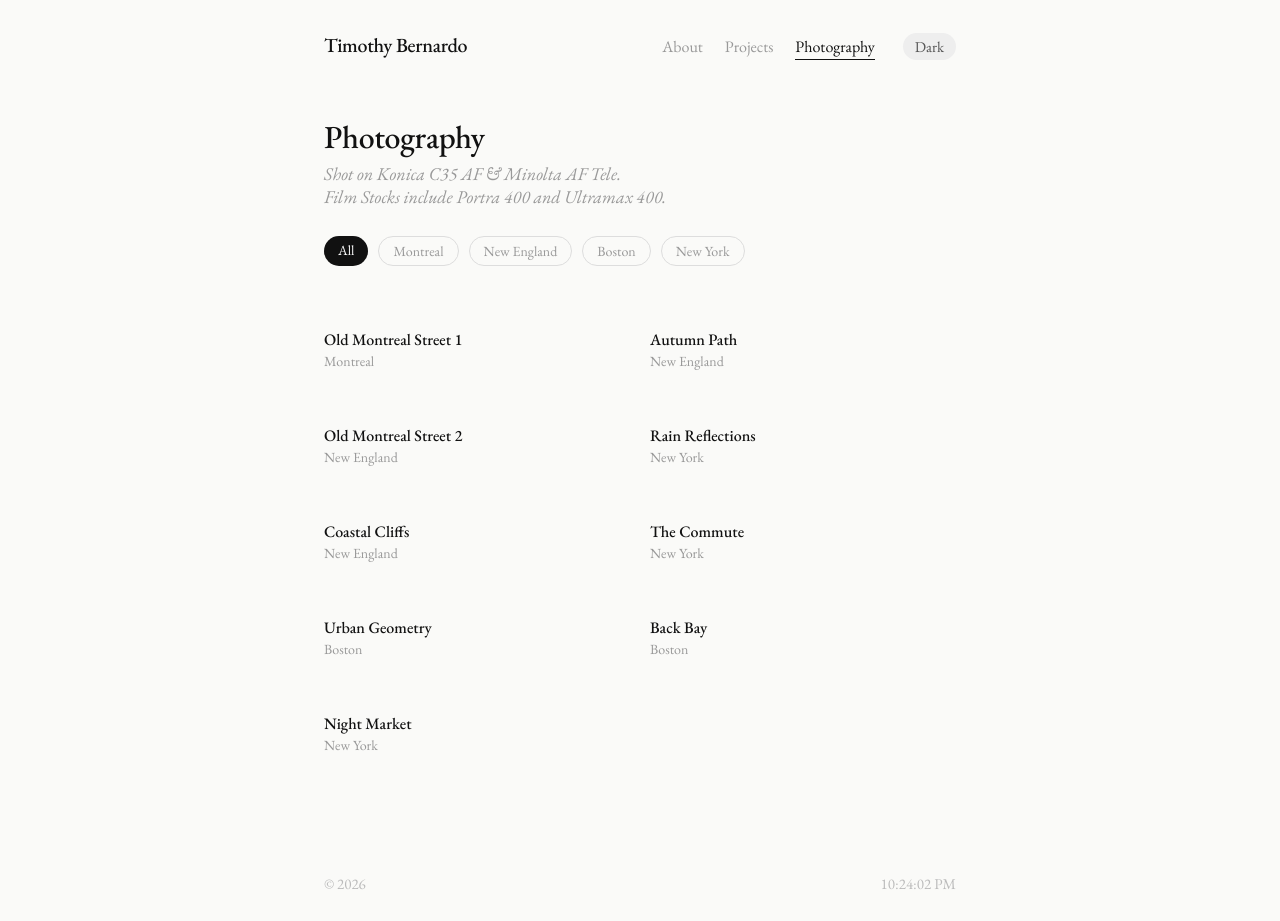
Repository: timothybernardo/portfolio
Page: /photography
The author's editor kept a copy of each file at every save. The page is drawn from the files as they stood at one save, then again after the next save.
The browser window is 1280 px wide. The pictures show the whole page.
The project was rebuilt for these pictures with package versions that can differ from the ones it lists, and the page was loaded fresh each time. Also part of the build but not shown: src/pages/Home.jsx, src/data/experience.js, src/pages/About.jsx, src/data/projects.js, src/pages/Projects.jsx.

Above is the page before, as saved 2026-03-08 00:18:41.

### public/index.html
<!DOCTYPE html>
<html lang="en">
<head>
  <meta charset="UTF-8" />
  <meta name="viewport" content="width=device-width, initial-scale=1.0" />
  <title>Timothy Bernardo</title>
  <link href="https://fonts.googleapis.com/css2?family=EB+Garamond:ital,wght@0,400;0,500;0,600;0,700;1,400&display=swap" rel="stylesheet" />
</head>
<body>
  <div id="root"></div>
</body>
</html>

### src/index.js
import React from "react";
import ReactDOM from "react-dom/client";
import { BrowserRouter } from "react-router-dom";
import App from "./App";
import "./index.css";

const root = ReactDOM.createRoot(document.getElementById("root"));
root.render(
  <React.StrictMode>
    <BrowserRouter>
      <App />
    </BrowserRouter>
  </React.StrictMode>
);

### src/App.jsx
import { useState } from "react";
import { Routes, Route } from "react-router-dom";
import { themes, serif } from "./theme";
import Header from "./components/Header";
import Footer from "./components/Footer";
import Home from "./pages/Home";
import About from "./pages/About";
import Projects from "./pages/Projects";
import Photography from "./pages/Photography";

export default function App() {
  const [dark, setDark] = useState(false);
const theme = dark ? themes.dark : themes.light;
document.documentElement.style.background = theme.bg;
document.body.style.background = theme.bg;

  return (
    <div
      style={{
        fontFamily: serif,
        color: theme.text,
        minHeight: "100vh",
        background: theme.bg,
        display: "flex",
        flexDirection: "column",
        transition: "background 0.3s, color 0.3s",
      }}
    >
      <Header theme={theme} isDark={dark} onToggle={() => setDark(!dark)} />

      <main style={{ maxWidth: 680, width: "100%", margin: "0 auto", padding: "0 24px 100px", flex: 1 }}>
        <Routes>
          <Route path="/" element={<Home theme={theme} />} />
          <Route path="/about" element={<About theme={theme} />} />
          <Route path="/projects" element={<Projects theme={theme} />} />
          <Route path="/photography" element={<Photography theme={theme} />} />
          <Route path="/photography/:id" element={<Photography theme={theme} />} />
        </Routes>
      </main>

      <Footer theme={theme} />
    </div>
  );
}

### src/index.css
* {
  margin: 0;
  padding: 0;
  box-sizing: border-box;
}

html {
  scroll-behavior: smooth;
  overflow-y: scroll;
}

html, body, #root {
  min-height: 100%;
  height: 100%;
  background: inherit;
}

body {
  -webkit-font-smoothing: antialiased;
  -moz-osx-font-smoothing: grayscale;
  overscroll-behavior: none;
}

img {
  will-change: opacity;
}

a {
  text-decoration: none;
  color: inherit;
}

### src/theme.js
export const serif = "'EB Garamond', Georgia, 'Times New Roman', serif";

export const themes = {
  light: {
    bg: "#fafaf8",
    text: "#111",
    sub: "#555",
    muted: "#999",
    faint: "#bbb",
    border: "#ece9e5",
    pill: "#111",
    pillT: "#fff",
    pillB: "#ddd",
    badge: "rgba(255,255,255,0.3)",
    toggle: "#eee",
    toggleTxt: "#555",
  },
  dark: {
    bg: "#131313",
    text: "#e4e0da",
    sub: "#a09a93",
    muted: "#6b665f",
    faint: "#4a4640",
    border: "#282624",
    pill: "#e4e0da",
    pillT: "#131313",
    pillB: "#383530",
    badge: "rgba(255,255,255,0.18)",
    toggle: "#282624",
    toggleTxt: "#a09a93",
  },
};

### src/components/Header.jsx
import { Link, useLocation } from "react-router-dom";
import { serif } from "../theme";

const links = [
  { path: "/about", label: "About" },
  { path: "/projects", label: "Projects" },
  { path: "/photography", label: "Photography" },
];

export default function Header({ theme, onToggle, isDark }) {
  const { pathname } = useLocation();

  return (
    <header
      style={{
        maxWidth: 680,
        width: "100%",
        margin: "0 auto",
        padding: "32px 24px 0",
        display: "flex",
        justifyContent: "space-between",
        alignItems: "baseline",
        fontFamily: serif,
      }}
    >
      <Link to="/" style={{ fontWeight: 500, fontSize: 20, letterSpacing: "-0.3px" }}>
        Timothy Bernardo
      </Link>

      <nav style={{ display: "flex", gap: 22, alignItems: "baseline" }}>
        {links.map(({ path, label }) => (
          <Link
            key={path}
            to={path}
            style={{
              fontSize: 16,
              color: pathname === path ? theme.text : theme.muted,
              paddingBottom: 2,
              borderBottom:
                pathname === path
                  ? `1.5px solid ${theme.text}`
                  : "1.5px solid transparent",
            }}
          >
            {label}
          </Link>
        ))}
        <span
          onClick={onToggle}
          style={{
            fontFamily: serif,
            fontSize: 15,
            cursor: "pointer",
            padding: "4px 12px",
            borderRadius: 14,
            background: theme.toggle,
            color: theme.toggleTxt,
            marginLeft: 6,
            userSelect: "none",
          }}
        >
          {isDark ? "Light" : "Dark"}
        </span>
      </nav>
    </header>
  );
}

### src/components/Footer.jsx
import Clock from "./Clock";
import { serif } from "../theme";

export default function Footer({ theme }) {
  return (
    <footer
      style={{
        maxWidth: 680,
        width: "100%",
        margin: "0 auto",
        padding: "20px 24px 28px",
        fontSize: 15,
        color: theme.faint,
        display: "flex",
        justifyContent: "space-between",
        alignItems: "center",
        fontFamily: serif,
      }}
    >
      <span>&copy; 2026</span>
      <Clock color={theme.faint} />
    </footer>
  );
}

### src/pages/Photography.jsx
import { useState } from "react";
import { useParams, useNavigate } from "react-router-dom";
import { serif } from "../theme";
import photos from "../data/photos";
import PhotoCard from "../components/PhotoCard";

const categories = ["All", ...new Set(photos.map((p) => p.cat))];

function Gallery({ theme }) {
  const [filter, setFilter] = useState("All");
  const filtered = filter === "All" ? photos : photos.filter((p) => p.cat === filter);

  return (
    <div style={{ marginTop: 56, fontFamily: serif }}>
      <h2 style={{ fontSize: 32, fontWeight: 500, letterSpacing: "-0.3px", marginBottom: 4 }}>
        Photography
      </h2>
      <p style={{ fontSize: 18, color: theme.muted, marginBottom: 0, fontStyle: "italic" }}>
        Shot on Konica C35 AF & Minolta AF Tele.
      </p>
      <p style={{ fontSize: 18, color: theme.muted, marginBottom: 28, fontStyle: "italic" }}>
         Film Stocks include Portra 400 and Ultramax 400.
      </p>
      <div style={{ display: "flex", gap: 10, marginBottom: 32, flexWrap: "wrap" }}>
        {categories.map((cat) => (
          <span
            key={cat}
            onClick={() => setFilter(cat)}
            style={{
              fontFamily: serif,
              fontSize: 14,
              cursor: "pointer",
              padding: "5px 14px",
              borderRadius: 20,
              background: filter === cat ? theme.pill : "transparent",
              color: filter === cat ? theme.pillT : theme.muted,
              border: filter === cat ? "none" : `1px solid ${theme.pillB}`,
            }}
          >
            {cat}
          </span>
        ))}
      </div>
      <div style={{ columnCount: 2, columnGap: 20 }}>
        {filtered.map((p) => (
          <PhotoCard key={p.id} photo={p} theme={theme} />
        ))}
      </div>
    </div>
  );
}

function PhotoDetail({ theme }) {
  const { id } = useParams();
  const navigate = useNavigate();
  const photo = photos.find((p) => p.id === parseInt(id));

  if (!photo) return <p>Photo not found.</p>;

  return (
    <div style={{ marginTop: 56, fontFamily: serif }}>
      <span
        onClick={() => navigate("/photography")}
        style={{ fontSize: 15, color: theme.muted, cursor: "pointer", display: "inline-block", marginBottom: 24 }}
      >
        ← Back
      </span>
      <img
        src={photo.full}
        alt={photo.title}
        style={{
          width: "100%",
          borderRadius: 3,
          display: "block",
          marginBottom: 28,
        }}
      />
      <h2 style={{ fontSize: 26, fontWeight: 500, marginBottom: 4 }}>{photo.title}</h2>
      <p style={{ fontSize: 15, color: theme.muted, marginBottom: 4 }}>{photo.cat}</p>

    </div>
  );
}

export default function Photography({ theme }) {
  const { id } = useParams();
  return id ? <PhotoDetail theme={theme} /> : <Gallery theme={theme} />;
}

### src/components/Clock.jsx
import { useState, useEffect } from "react";

export default function Clock({ color }) {
  const [time, setTime] = useState(new Date());

  useEffect(() => {
    const interval = setInterval(() => setTime(new Date()), 1000);
    return () => clearInterval(interval);
  }, []);

  return (
    <span style={{ color }}>
      {time.toLocaleTimeString("en-US", {
        hour: "2-digit",
        minute: "2-digit",
        second: "2-digit",
      })}
    </span>
  );
}

### src/data/photos.js
// To add your own photos:
// 1. Drop your images into public/images/
// 2. Update the "img" path below to match the filename
// 3. Set "cat" to the location/group you want
// 4. Write a description (or leave desc as "" to hide it)
//
// Vertical and horizontal photos both work fine.
// The masonry layout handles mixed orientations automatically.

const photos = [
  { id: 1, title: "Old Montreal Street 1", cat: "Montreal", img: "/images/old-montreal.jpg", desc: "Rolling hills bathed in warm evening light, shot on Ektar 100." },
  { id: 2, title: "Old Montreal Street 2", cat: "New England", img: "/images/morning-fog.jpg", desc: "A misty valley at dawn somewhere outside of Lynn." },
  { id: 3, title: "Coastal Cliffs", cat: "New England", img: "/images/coastal-cliffs.jpg", desc: "Dramatic cliffs meeting the Atlantic. The wind was unreal." },
  { id: 4, title: "Urban Geometry", cat: "Boston", img: "/images/urban-geometry.jpg", desc: "Lines and shadows in downtown Boston." },
  { id: 5, title: "Night Market", cat: "New York", img: "/images/night-market.jpg", desc: "Bustling street vendors after dark. Pushed the film to 800 for this one." },
  { id: 6, title: "Autumn Path", cat: "New England", img: "/images/autumn-path.jpg", desc: "A winding trail through fall foliage." },
  { id: 7, title: "Rain Reflections", cat: "New York", img: "/images/rain-reflections.jpg", desc: "" },
  { id: 8, title: "The Commute", cat: "New York", img: "/images/the-commute.jpg", desc: "Figures in motion through the station. Shot handheld at 1/60." },
  { id: 9, title: "Back Bay", cat: "Boston", img: "/images/back-bay.jpg", desc: "Late afternoon light on brownstones." },
];

export default photos;

### src/components/PhotoCard.jsx
import { useState } from "react";
import { useNavigate } from "react-router-dom";
import { serif } from "../theme";

export default function PhotoCard({ photo, theme }) {
  const navigate = useNavigate();
  const [loaded, setLoaded] = useState(false);

  return (
    <div
      onClick={() => navigate(`/photography/${photo.id}`)}
      style={{ breakInside: "avoid", marginBottom: 24, cursor: "pointer" }}
    >
      <img
        src={photo.thumb}
        alt={photo.title}
        loading="lazy"
        onLoad={() => setLoaded(true)}
        style={{
          width: "100%",
          borderRadius: 3,
          display: "block",
          opacity: loaded ? 1 : 0,
          transition: "opacity 0.4s ease",
        }}
        onMouseEnter={(e) => (e.currentTarget.style.opacity = "0.8")}
        onMouseLeave={(e) => (e.currentTarget.style.opacity = loaded ? "1" : "0")}
      />
      <p style={{ margin: "10px 0 2px", fontFamily: serif, fontSize: 16, fontWeight: 500 }}>
        {photo.title}
      </p>
      <p style={{ margin: 0, fontFamily: serif, fontSize: 14, color: theme.muted }}>
        {photo.cat}
      </p>
    </div>
  );
}

After the next save:
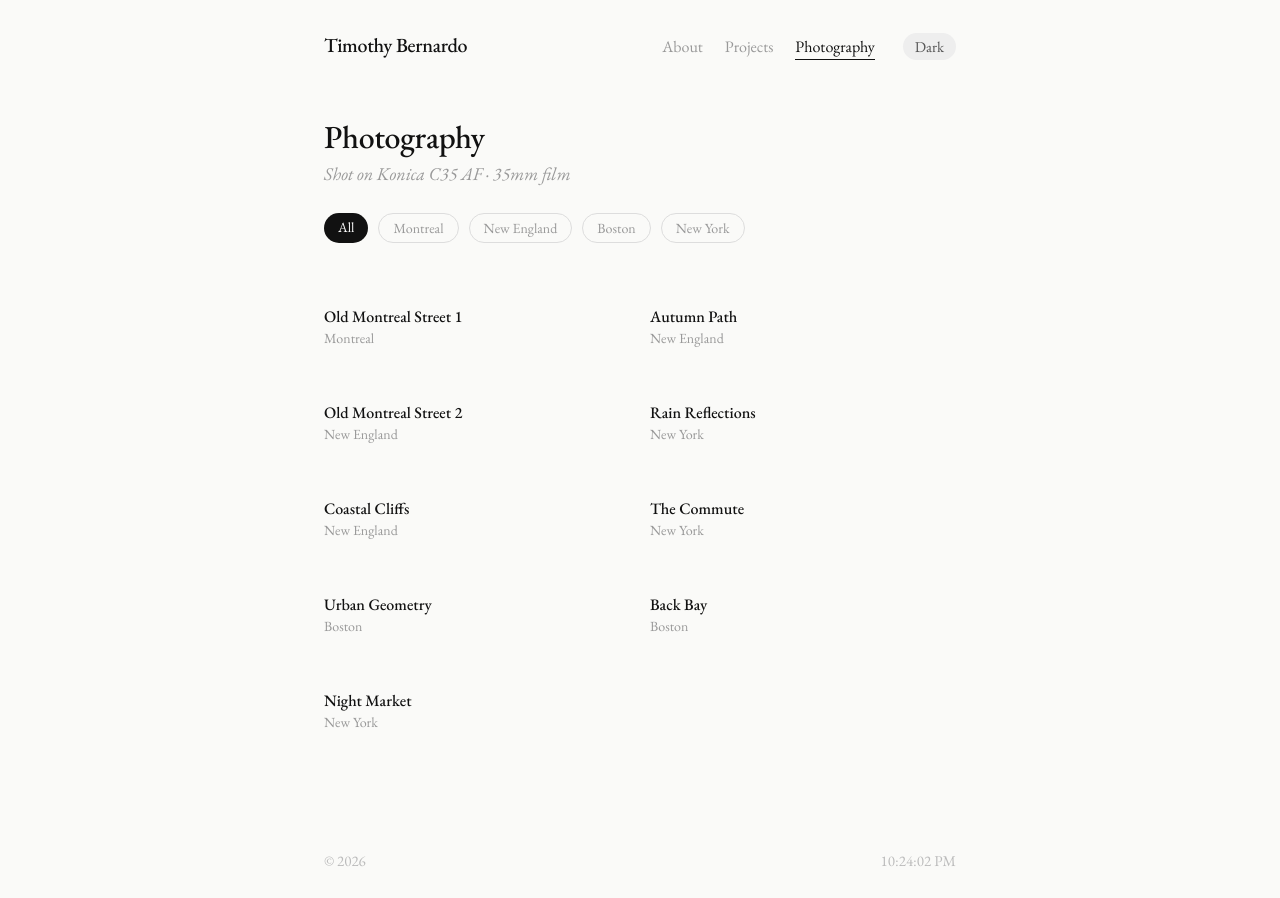
Saved 16 min 55 s later.
--- a/src/pages/Photography.jsx
+++ b/src/pages/Photography.jsx
@@ -1,25 +1,31 @@
-import { useState } from "react";
+import { useState, useEffect } from "react";
 import { useParams, useNavigate } from "react-router-dom";
 import { serif } from "../theme";
 import photos from "../data/photos";
 import PhotoCard from "../components/PhotoCard";
 
 const categories = ["All", ...new Set(photos.map((p) => p.cat))];
+const PER_PAGE = 12;
 
 function Gallery({ theme }) {
   const [filter, setFilter] = useState("All");
+  const [page, setPage] = useState(1);
+
   const filtered = filter === "All" ? photos : photos.filter((p) => p.cat === filter);
+  const totalPages = Math.ceil(filtered.length / PER_PAGE);
+  const visible = filtered.slice((page - 1) * PER_PAGE, page * PER_PAGE);
+
+  useEffect(() => {
+    setPage(1);
+  }, [filter]);
 
   return (
     <div style={{ marginTop: 56, fontFamily: serif }}>
       <h2 style={{ fontSize: 32, fontWeight: 500, letterSpacing: "-0.3px", marginBottom: 4 }}>
         Photography
       </h2>
-      <p style={{ fontSize: 18, color: theme.muted, marginBottom: 0, fontStyle: "italic" }}>
-        Shot on Konica C35 AF & Minolta AF Tele.
-      </p>
       <p style={{ fontSize: 18, color: theme.muted, marginBottom: 28, fontStyle: "italic" }}>
-         Film Stocks include Portra 400 and Ultramax 400.
+        Shot on Konica C35 AF · 35mm film
       </p>
       <div style={{ display: "flex", gap: 10, marginBottom: 32, flexWrap: "wrap" }}>
         {categories.map((cat) => (
@@ -41,11 +47,62 @@
           </span>
         ))}
       </div>
+
       <div style={{ columnCount: 2, columnGap: 20 }}>
-        {filtered.map((p) => (
+        {visible.map((p) => (
           <PhotoCard key={p.id} photo={p} theme={theme} />
         ))}
       </div>
+
+      {/* Page controls */}
+      {totalPages > 1 && (
+        <div style={{ display: "flex", justifyContent: "center", alignItems: "center", gap: 16, marginTop: 40 }}>
+          <span
+            onClick={() => { if (page > 1) { setPage(page - 1); window.scrollTo(0, 0); } }}
+            style={{
+              fontSize: 15,
+              color: page > 1 ? theme.text : theme.faint,
+              cursor: page > 1 ? "pointer" : "default",
+            }}
+          >
+            ← Prev
+          </span>
+
+          <div style={{ display: "flex", gap: 8 }}>
+            {Array.from({ length: totalPages }, (_, i) => i + 1).map((n) => (
+              <span
+                key={n}
+                onClick={() => { setPage(n); window.scrollTo(0, 0); }}
+                style={{
+                  fontSize: 15,
+                  width: 32,
+                  height: 32,
+                  display: "flex",
+                  alignItems: "center",
+                  justifyContent: "center",
+                  borderRadius: "50%",
+                  cursor: "pointer",
+                  background: page === n ? theme.pill : "transparent",
+                  color: page === n ? theme.pillT : theme.muted,
+                }}
+              >
+                {n}
+              </span>
+            ))}
+          </div>
+
+          <span
+            onClick={() => { if (page < totalPages) { setPage(page + 1); window.scrollTo(0, 0); } }}
+            style={{
+              fontSize: 15,
+              color: page < totalPages ? theme.text : theme.faint,
+              cursor: page < totalPages ? "pointer" : "default",
+            }}
+          >
+            Next →
+          </span>
+        </div>
+      )}
     </div>
   );
 }
@@ -77,7 +134,9 @@
       />
       <h2 style={{ fontSize: 26, fontWeight: 500, marginBottom: 4 }}>{photo.title}</h2>
       <p style={{ fontSize: 15, color: theme.muted, marginBottom: 4 }}>{photo.cat}</p>
-
+      <p style={{ fontSize: 16, color: theme.muted, fontStyle: "italic" }}>
+        Konica C35 AF · Hexanon 38mm f/2.8 · 35mm film
+      </p>
     </div>
   );
 }

After the save that followed:
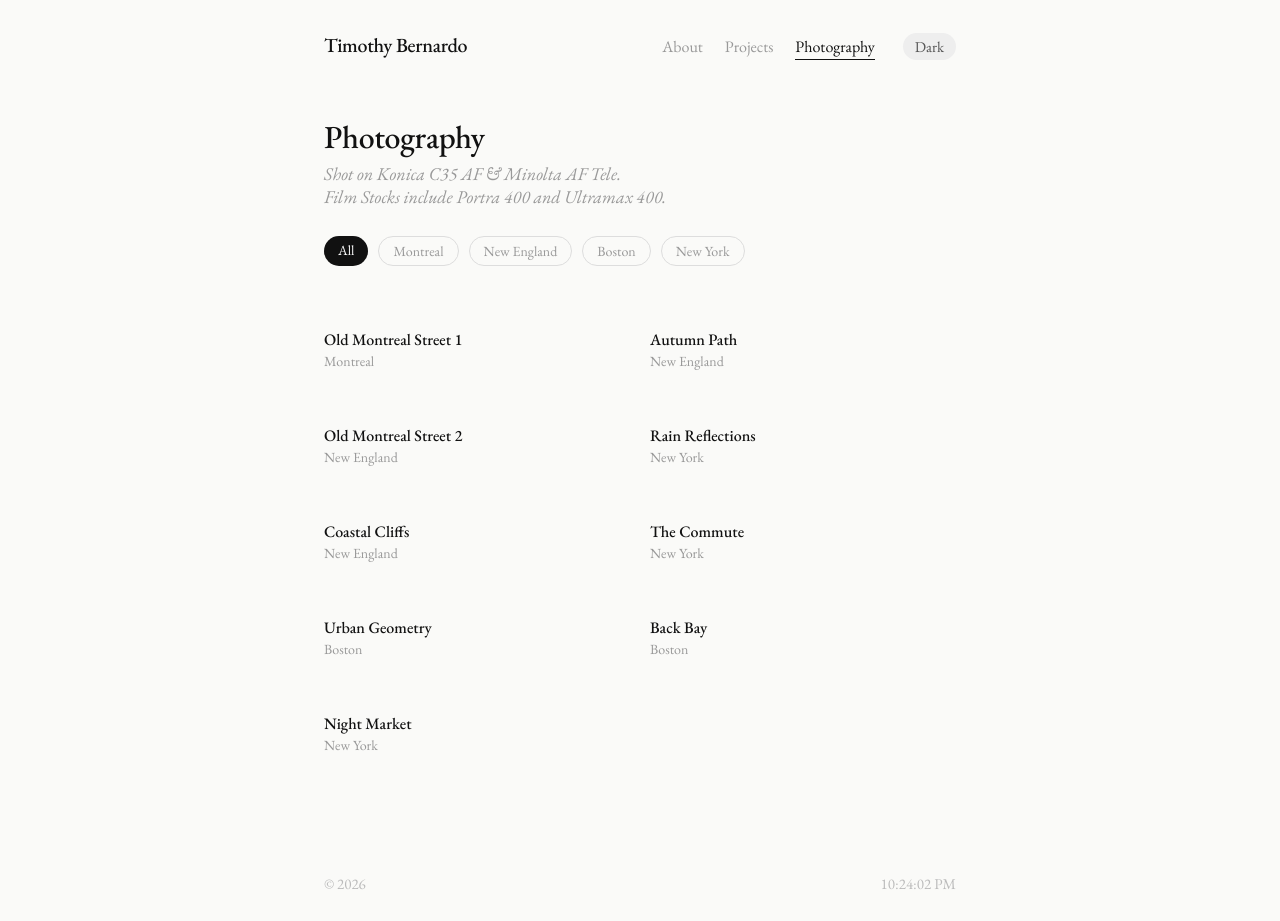
Saved 101 s later.
--- a/src/pages/Photography.jsx
+++ b/src/pages/Photography.jsx
@@ -24,8 +24,11 @@
       <h2 style={{ fontSize: 32, fontWeight: 500, letterSpacing: "-0.3px", marginBottom: 4 }}>
         Photography
       </h2>
+      <p style={{ fontSize: 18, color: theme.muted, marginBottom: 0, fontStyle: "italic" }}>
+        Shot on Konica C35 AF & Minolta AF Tele.
+      </p>
       <p style={{ fontSize: 18, color: theme.muted, marginBottom: 28, fontStyle: "italic" }}>
-        Shot on Konica C35 AF · 35mm film
+         Film Stocks include Portra 400 and Ultramax 400.
       </p>
       <div style={{ display: "flex", gap: 10, marginBottom: 32, flexWrap: "wrap" }}>
         {categories.map((cat) => (
@@ -54,7 +57,6 @@
         ))}
       </div>
 
-      {/* Page controls */}
       {totalPages > 1 && (
         <div style={{ display: "flex", justifyContent: "center", alignItems: "center", gap: 16, marginTop: 40 }}>
           <span
@@ -134,9 +136,6 @@
       />
       <h2 style={{ fontSize: 26, fontWeight: 500, marginBottom: 4 }}>{photo.title}</h2>
       <p style={{ fontSize: 15, color: theme.muted, marginBottom: 4 }}>{photo.cat}</p>
-      <p style={{ fontSize: 16, color: theme.muted, fontStyle: "italic" }}>
-        Konica C35 AF · Hexanon 38mm f/2.8 · 35mm film
-      </p>
     </div>
   );
 }
